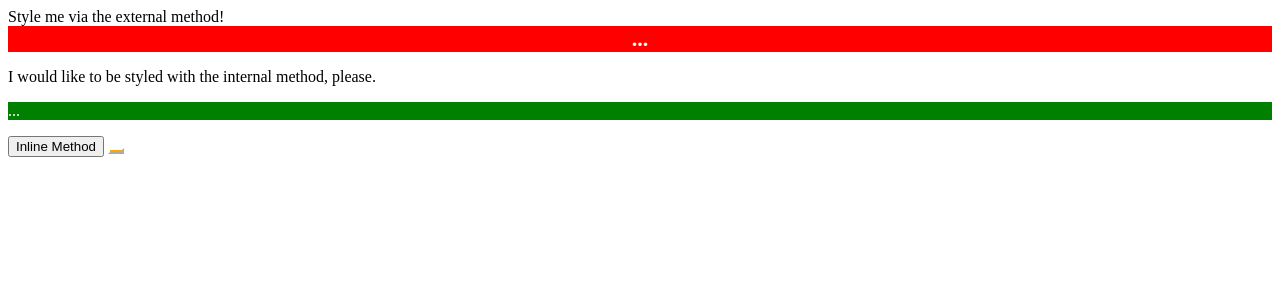
Repository: mnhardy1504/odin-recipes1
Page: repos/css-exercises/foundations/01-css-methods/index.html
An editor plug-in stored every save of this project. The page is shown before and after the next save, followed by the edit.
The browser window is 1280 px wide. The pictures show the whole page.

Above is the page before, as saved 2023-08-22 18:22:45.

### repos/css-exercises/foundations/01-css-methods/index.html
<!DOCTYPE html>
<html lang="en">
  <head>
    <meta charset="UTF-8">
    <meta http-equiv="X-UA-Compatible" content="IE=edge">
    <meta name="viewport" content="width=device-width, initial-scale=1.0">
    <title>Methods for Adding CSS</title>
  </head>
  <body>
    <div>Style me via the external method!</div>
    <div style= "color: white; background-color: red; font-weight: bold; text-align: center; font-size: 22px;">...</div>
    <p>I would like to be styled with the internal method, please.</p>
    <p style= " color: white; background-color: green;">...</p>
    <button>Inline Method</button>
    <button style= "color: black; background-color: orange; border-color: white;"></button>
  </body>
</html>

After the next save:
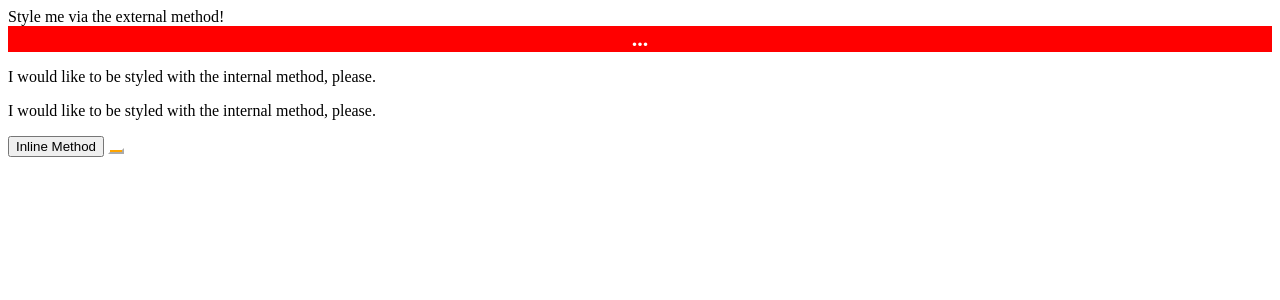
Saved 31 s later.
--- a/repos/css-exercises/foundations/01-css-methods/index.html
+++ b/repos/css-exercises/foundations/01-css-methods/index.html
@@ -10,7 +10,7 @@
     <div>Style me via the external method!</div>
     <div style= "color: white; background-color: red; font-weight: bold; text-align: center; font-size: 22px;">...</div>
     <p>I would like to be styled with the internal method, please.</p>
-    <p style= " color: white; background-color: green;">...</p>
+    <p style= " color: white; background-color: green;"><p>I would like to be styled with the internal method, please.</p></p>
     <button>Inline Method</button>
     <button style= "color: black; background-color: orange; border-color: white;"></button>
   </body>

After the 2 saves that followed:
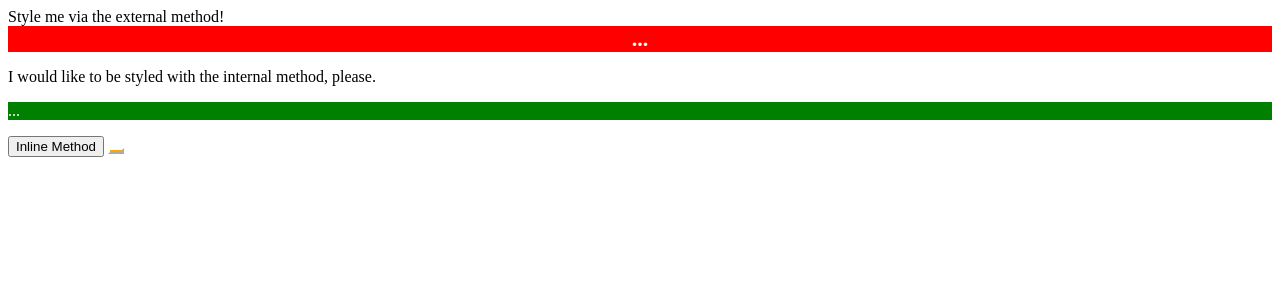
The 2 saves are shown as one change because 1 left the picture as it was.
The last was saved 63 s later.
--- a/repos/css-exercises/foundations/01-css-methods/index.html
+++ b/repos/css-exercises/foundations/01-css-methods/index.html
@@ -10,8 +10,8 @@
     <div>Style me via the external method!</div>
     <div style= "color: white; background-color: red; font-weight: bold; text-align: center; font-size: 22px;">...</div>
     <p>I would like to be styled with the internal method, please.</p>
-    <p style= " color: white; background-color: green;"><p>I would like to be styled with the internal method, please.</p></p>
+    <p style= " color: white; background-color: green;">...</p>
     <button>Inline Method</button>
-    <button style= "color: black; background-color: orange; border-color: white;"></button>
+    <button style= "color: black; background-color: orange; border-color: white;"</button>
   </body>
 </html>
